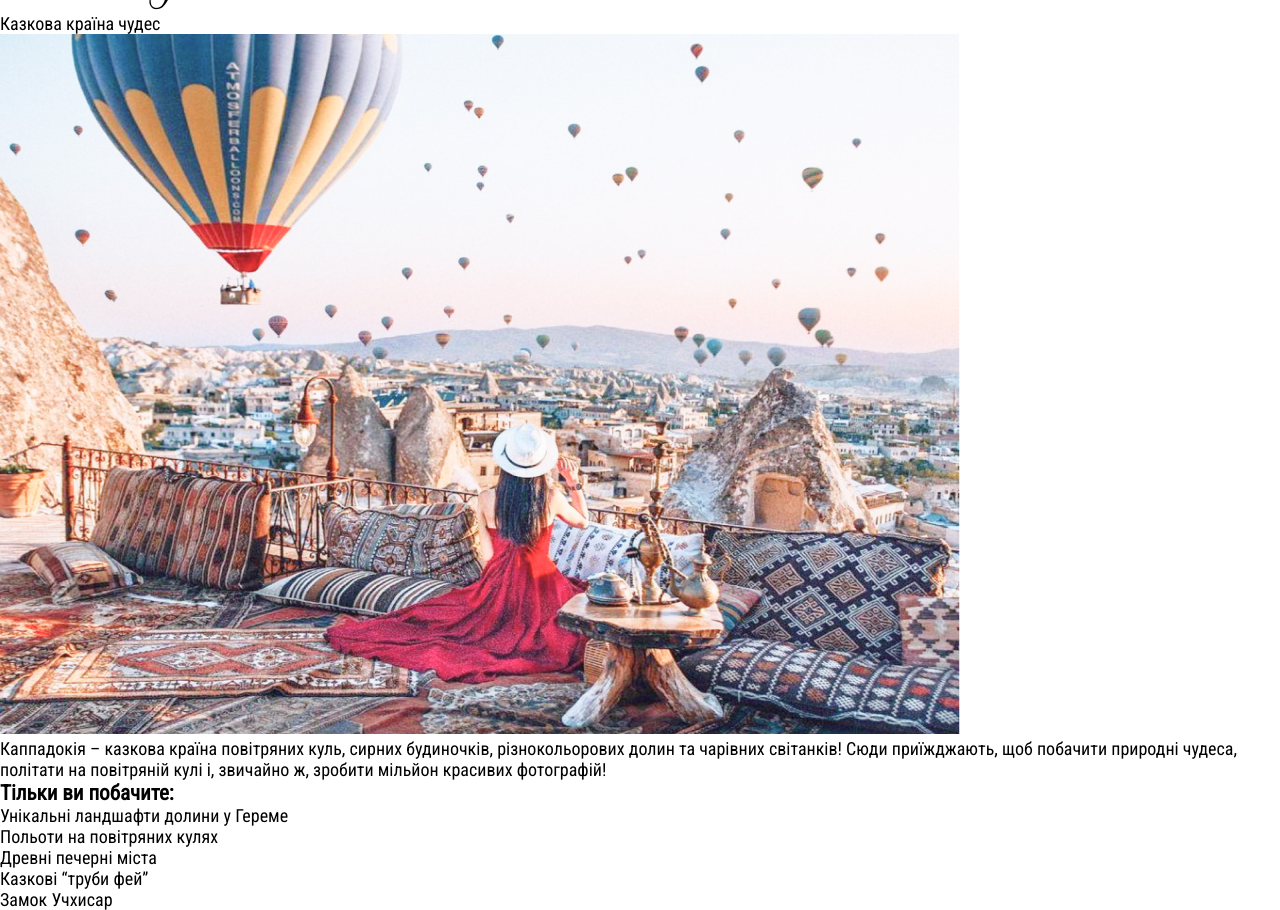
Repository: KYUUBI-K/cappadocia
Page: index.html
These files come from the project's save history. The page is drawn as it stood at one moment and after the next save; the edit follows.
The browser window is 1280 px wide. The pictures show the part of the page from y = 1035 to 1987 px (the page is 1945 px tall before and 1987 px after).

Above is the page before, as saved 2025-08-17 18:13:02.

### index.html
<!DOCTYPE html>
<html lang="en">
  <head>
    <meta charset="UTF-8" />
    <meta name="viewport" content="width=device-width, initial-scale=1.0" />
    <title>Cappadocia</title>
    <link rel="stylesheet" href="./styles.css" />
  </head>
  <body>
    <header class="header">
      <nav class="header-menu">
        <ul class="header-menu-list">
          <li class="header-menu-item">
            <a class="header-menu-link" href="#route">Маршрут</a>
          </li>
          <li class="header-menu-item">
            <a class="header-menu-link" href="#hotel">Готель</a>
          </li>
          <li class="header-menu-item">
            <a class="header-menu-link" href="#price">Вартість</a>
          </li>
        </ul>
        <div class="telephone">
          <svg
            class="phone-icon"
            width="30"
            height="30"
            viewBox="0 0 30 30"
            fill="none"
            xmlns="http://www.w3.org/2000/svg"
          >
            <g clip-path="url(#clip0_31_0)">
              <path
                d="M23.7091 18.5839C23.0949 17.9444 22.3541 17.6025 21.569 17.6025C20.7902 17.6025 20.0431 17.9381 19.4036 18.5776L17.4027 20.5721C17.2381 20.4835 17.0735 20.4011 16.9152 20.3188C16.6873 20.2049 16.472 20.0972 16.2884 19.9832C14.4142 18.7929 12.7109 17.2416 11.0774 15.2345C10.2859 14.2341 9.75404 13.3919 9.36781 12.5372C9.88701 12.0623 10.3682 11.5684 10.8368 11.0935C11.0141 10.9162 11.1913 10.7326 11.3686 10.5553C12.6983 9.22568 12.6983 7.50346 11.3686 6.1738L9.64007 4.44525C9.44379 4.24896 9.24117 4.04635 9.05122 3.84373C8.67132 3.45117 8.27242 3.04594 7.86086 2.66604C7.24669 2.05819 6.51221 1.73528 5.73974 1.73528C4.96727 1.73528 4.22013 2.05819 3.58696 2.66604C3.58063 2.67237 3.58063 2.67237 3.5743 2.6787L1.42152 4.85047C0.61106 5.66093 0.148846 6.64868 0.0475384 7.79472C-0.104423 9.64358 0.440104 11.3658 0.857997 12.4928C1.88373 15.2598 3.41601 17.8241 5.70175 20.5721C8.47504 23.8836 11.8118 26.4986 15.6235 28.3411C17.0798 29.0313 19.0237 29.848 21.1954 29.9873C21.3284 29.9937 21.4677 30 21.5943 30C23.057 30 24.2853 29.4745 25.2477 28.4297C25.2541 28.4171 25.2667 28.4107 25.2731 28.3981C25.6023 27.9992 25.9822 27.6383 26.3811 27.252C26.6534 26.9924 26.932 26.7202 27.2042 26.4353C27.8311 25.7831 28.1603 25.0233 28.1603 24.2445C28.1603 23.4594 27.8247 22.7059 27.1852 22.0727L23.7091 18.5839ZM25.9759 25.2512C25.9695 25.2512 25.9695 25.2576 25.9759 25.2512C25.7289 25.5172 25.4757 25.7578 25.2034 26.0237C24.7918 26.4163 24.374 26.8278 23.9814 27.29C23.3419 27.9739 22.5884 28.2968 21.6007 28.2968C21.5057 28.2968 21.4044 28.2968 21.3094 28.2904C19.4289 28.1701 17.6813 27.4357 16.3707 26.8088C12.7869 25.0739 9.64007 22.6109 7.02508 19.4894C4.86597 16.887 3.42234 14.481 2.46625 11.8977C1.8774 10.3211 1.66212 9.09272 1.7571 7.93401C1.82042 7.19321 2.10534 6.57903 2.63087 6.0535L4.78999 3.89439C5.10024 3.60313 5.42949 3.44484 5.75241 3.44484C6.1513 3.44484 6.47422 3.68544 6.67683 3.88806C6.68317 3.89439 6.6895 3.90072 6.69583 3.90705C7.08206 4.26796 7.4493 4.64153 7.83554 5.04043C8.03182 5.24304 8.23443 5.44565 8.43705 5.6546L10.1656 7.38316C10.8368 8.05432 10.8368 8.67482 10.1656 9.34599C9.98198 9.5296 9.8047 9.71322 9.62108 9.89051C9.08921 10.435 8.58268 10.9416 8.03182 11.4354C8.01916 11.4481 8.00649 11.4544 8.00016 11.4671C7.45563 12.0116 7.55694 12.5435 7.67091 12.9044C7.67724 12.9234 7.68358 12.9424 7.68991 12.9614C8.13946 14.0504 8.77263 15.0762 9.73505 16.2982L9.74138 16.3045C11.4889 18.4573 13.3315 20.1352 15.3639 21.4205C15.6235 21.5852 15.8895 21.7181 16.1427 21.8448C16.3707 21.9587 16.586 22.0664 16.7696 22.1804C16.7949 22.193 16.8202 22.212 16.8456 22.2247C17.0608 22.3323 17.2634 22.383 17.4724 22.383C17.9979 22.383 18.3272 22.0537 18.4348 21.9461L20.6003 19.7806C20.8155 19.5654 21.1574 19.3058 21.5563 19.3058C21.9489 19.3058 22.2718 19.5527 22.4681 19.768C22.4744 19.7743 22.4744 19.7743 22.4808 19.7806L25.9695 23.2694C26.6217 23.9152 26.6217 24.5801 25.9759 25.2512Z"
                fill="black"
              />
              <path
                d="M16.2124 7.13621C17.8713 7.41481 19.3782 8.19994 20.5813 9.40296C21.7843 10.606 22.5631 12.1129 22.848 13.7718C22.9176 14.1897 23.2786 14.481 23.6901 14.481C23.7408 14.481 23.7851 14.4747 23.8357 14.4683C24.3043 14.3923 24.6145 13.9491 24.5386 13.4806C24.1966 11.4734 23.2469 9.64357 21.7969 8.19361C20.347 6.74365 18.5171 5.79389 16.51 5.45198C16.0414 5.376 15.6045 5.68625 15.5222 6.14847C15.4399 6.61068 15.7438 7.06023 16.2124 7.13621Z"
                fill="black"
              />
              <path
                d="M29.9654 13.2337C29.4019 9.92851 27.8443 6.92095 25.4509 4.52757C23.0575 2.13418 20.05 0.576584 16.7448 0.0130621C16.2826 -0.0692501 15.8457 0.247335 15.7634 0.70955C15.6874 1.1781 15.9977 1.61498 16.4662 1.6973C19.4168 2.1975 22.1078 3.59681 24.2479 5.73059C26.388 7.87071 27.781 10.5617 28.2812 13.5123C28.3508 13.9302 28.7117 14.2214 29.1233 14.2214C29.1739 14.2214 29.2183 14.2151 29.2689 14.2087C29.7311 14.1391 30.0477 13.6959 29.9654 13.2337Z"
                fill="black"
              />
            </g>
            <defs>
              <clipPath id="clip0_31_0">
                <rect width="30" height="30" fill="white" />
              </clipPath>
            </defs>
          </svg>
          <span class="number-text">+38(066)555-777-6</span>
        </div>
      </nav>
      <div class="main-title">
        <h1 class="main-title-text">Cappadocia</h1>
        <p class="main-subtitle-text">Ексклюзивний тур</p>
      </div>
    </header>

    <section class="about">
      <div class="section-title">
        <h2 class="section-title-text">Fairy tail</h2>
        <p class="section-subtitle-text">Казкова країна чудес</p>
      </div>

      <div class="about-content">
        <img
          src="./images/Rectangle-about.jpg"
          alt="Hot air balloon"
          class="about-img"
        />
        <aside class="about-text">
          <p>
            Каппадокія – казкова країна повітряних куль, сирних будиночків,
            різнокольорових долин та чарівних світанків! Сюди приїжджають, щоб
            побачити природні чудеса, політати на повітряній кулі і, звичайно ж,
            зробити мільйон красивих фотографій!
          </p>
          <h3>Тільки ви побачите:</h3>
          <ul>
            <li>Унікальні ландшафти долини у Гереме</li>
            <li>Польоти на повітряних кулях</li>
            <li>Древні печерні міста</li>
            <li>Казкові “труби фей”</li>
            <li>Замок Учхисар</li>
          </ul>
        </aside>
      </div>
    </section>
  </body>
</html>

### styles.css
@font-face {
  font-family: "Roboto Condensed";
  src: url("./fonts/RobotoCondensed-Light.woff2") format("woff2");
  font-weight: 300;
  font-style: normal;
  font-display: swap;
}

@font-face {
  font-family: "Roboto Condensed";
  src: url("./fonts/RobotoCondensed-Regular.woff2") format("woff2");
  font-weight: 400;
  font-style: normal;
  font-display: swap;
}

@font-face {
  font-family: "Balqis";
  src: url("./fonts/Balqis.woff2") format("woff2");
  font-weight: 400;
  font-style: normal;
  font-display: swap;
}

:root {
  --color-dark: #000000;
  --color-light: #ffffff;
  --color-gray: #e5e5e5;
  --color-orange: #e2ab3f;

  --border: 1px solid var(--color-orange);

  --font-family-base: "Roboto Condensed", sans-serif;
  --font-family-accent: "Balqis", sans-serif;

  --input-height: 50px;
}

* {
  margin: 0;
  padding: 0;
  box-sizing: border-box;
}
body {
  font-size: 18px;
  font-family: var(--font-family-base);
  background-color: var(--color-light);
  color: var(--color-dark);
}

.header {
  min-height: 100svh;
  position: relative;
  background: url("./images/Rectangle.jpg") no-repeat center center;
  background-size: cover;
  background-position: center;
  text-align: center;
  margin-bottom: 200px;
}

.header-menu {
  display: flex;
  justify-content: space-around;
  align-items: center;
  font-family: var(--font-family-base);
  font-size: 24px;
  font-weight: 400;
  padding-top: 72px;
}
.header-menu-list {
  display: flex;
  column-gap: 45px;
  list-style: none;
}
.header-menu-link {
  text-decoration: none;
  color: inherit;
}
.telephone {
  display: flex;
  align-items: center;
  column-gap: 10px;
}

.main-title {
  display: flex;
  position: absolute;
  top: 50%;
  left: 50%;
  transform: translate(-50%, -50%);
  text-align: center;
  align-items: flex-end;
  flex-direction: column;
}

.main-title-text {
  font-family: var(--font-family-accent);
  font-size: 250px;
  font-weight: 400;
  line-height: 1;
}

.main-subtitle-text {
  font-size: 56px;
  font-weight: 300;
  line-height: 0;
}

@media (max-width: 1040px) {
  .main-title-text {
    font-size: 150px;
  }
  .main-subtitle-text {
    font-size: 46px;
  }
}

@media (max-width: 830px) {
  .header-menu {
    padding-top: 40px;
  }

  .header-menu-list {
    column-gap: 35px;
  }
  .main-title-text {
    font-size: 150px;
  }
  .main-subtitle-text {
    font-size: 36px;
  }
}

@media (max-width: 630px) {
  .header-menu {
    font-size: 18px;
  }
  .header-menu-list {
    column-gap: 20px;
  }
  .telephone {
    column-gap: 5px;
  }
  .phone-icon {
    width: 18px;
    height: 18px;
  }
  .main-title-text {
    font-size: 100px;
  }
  .main-subtitle-text {
    font-size: 26px;
  }
}

@media (max-width: 450px) {
  .header-menu {
    font-size: 15px;
  }
  .header-menu-list {
    column-gap: 15px;
  }
  .telephone {
    column-gap: 3px;
  }
  .phone-icon {
    width: 15px;
    height: 15px;
  }
  .main-title-text {
    font-size: 50px;
  }
  .main-subtitle-text {
    font-size: 15px;
  }
}

.section-title {
  display: flex;
  /* text-align: center; */
  /* align-items: flex-end; */
  flex-direction: column;
}
.section-title-text {
  font-family: var(--font-family-accent);
  font-size: 96px;
  font-weight: 400;
  /* line-height: 1; */
}

.section-subtitle {
  font-size: 24px;
  font-weight: 300;
  /* line-height: 0; */
}

After the next save:
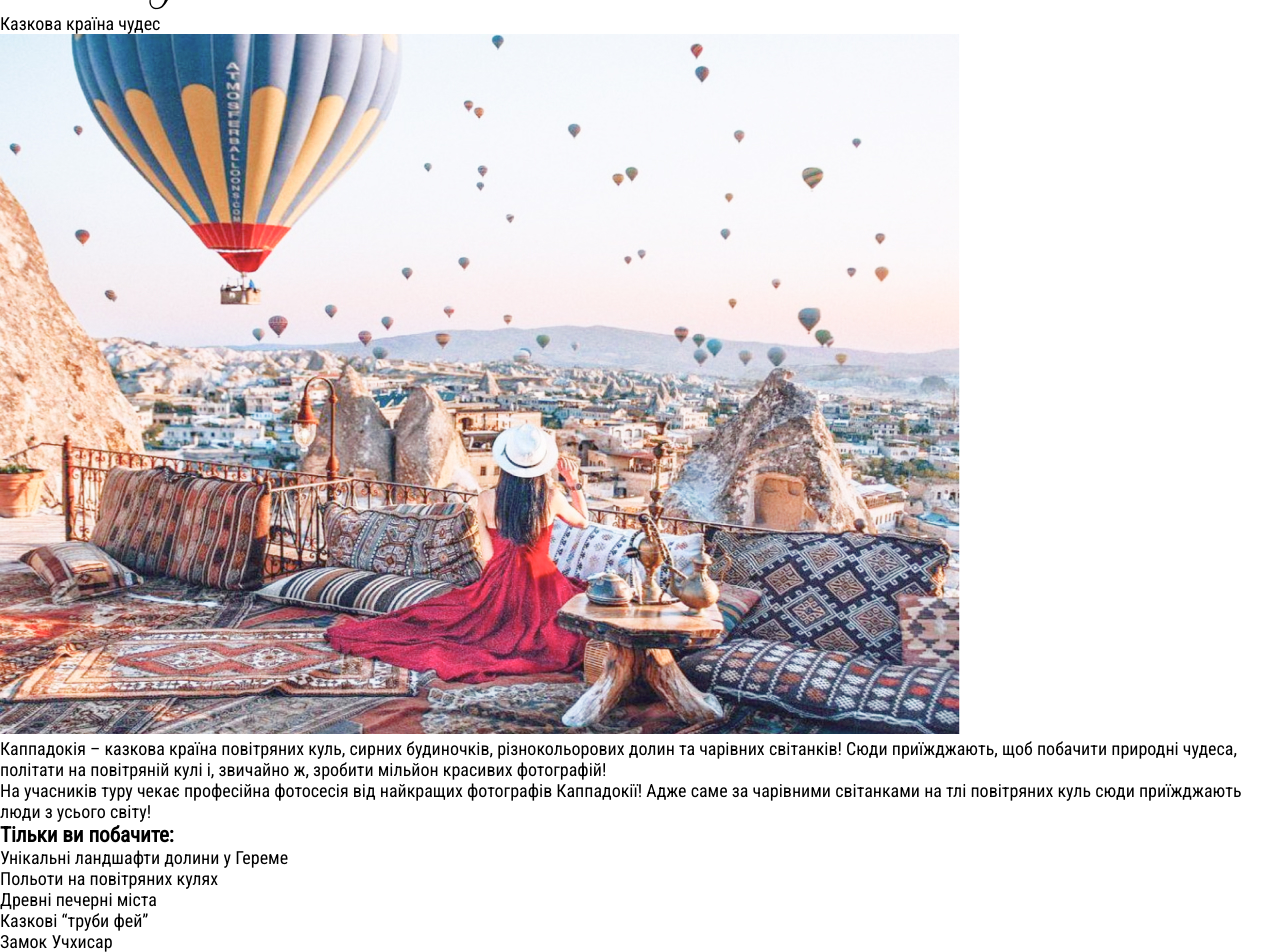
Saved 118 s later.
--- a/index.html
+++ b/index.html
@@ -77,6 +77,11 @@
             побачити природні чудеса, політати на повітряній кулі і, звичайно ж,
             зробити мільйон красивих фотографій!
           </p>
+          <p>
+            На учасників туру чекає професійна фотосесія від найкращих
+            фотографів Каппадокії! Адже саме за чарівними світанками на тлі
+            повітряних куль сюди приїжджають люди з усього світу!
+          </p>
           <h3>Тільки ви побачите:</h3>
           <ul>
             <li>Унікальні ландшафти долини у Гереме</li>
